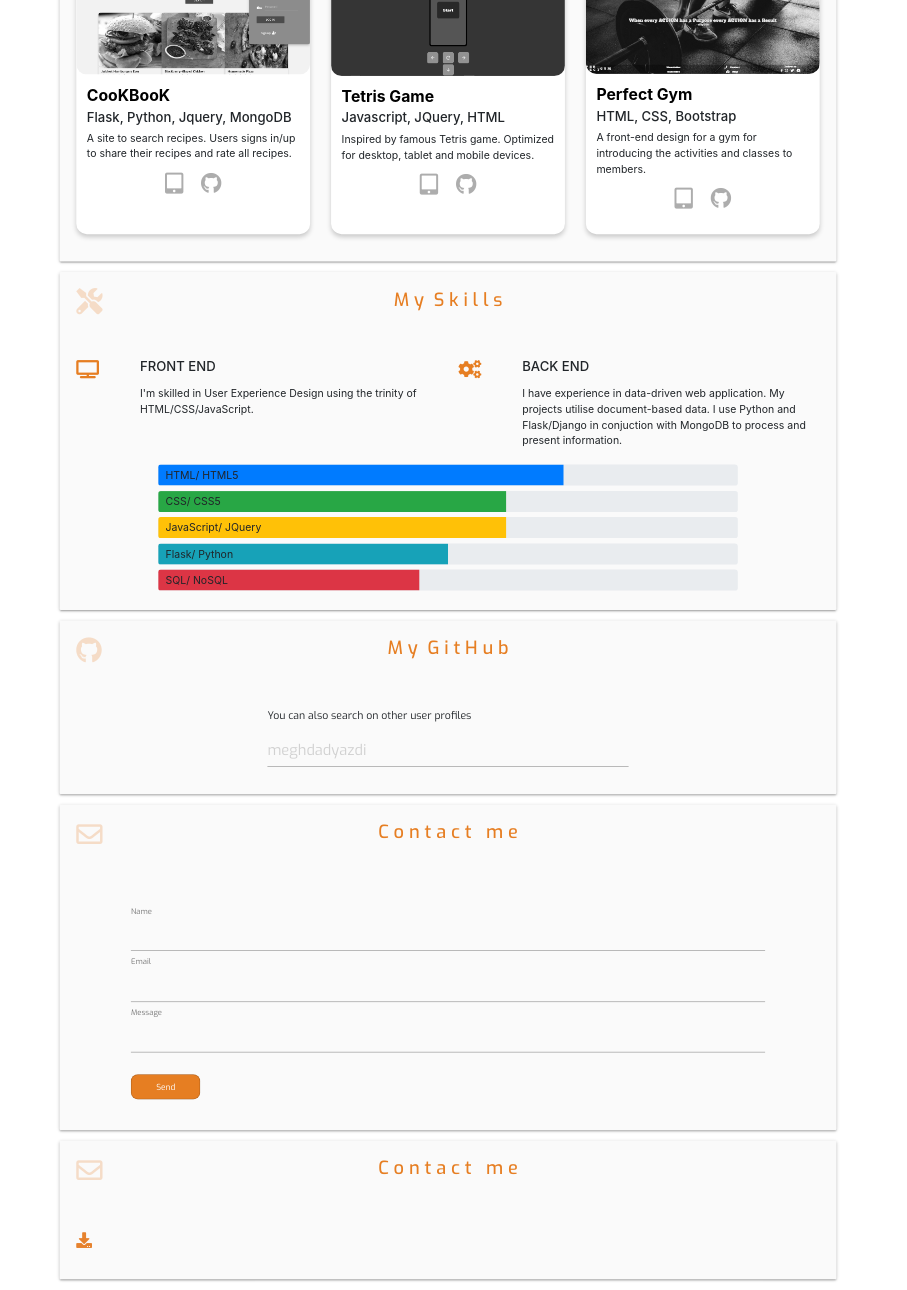
Repository: meghdadyazdi/SD_Res
Page: index.html
The author's editor kept a record of every edit. The page is drawn from the files as they stood at one moment, then again after the next edit.
The browser window is 1280 px wide. The page is 1295 px wide, so the pictures cover 1295 px, including what lies to the right of the window. The pictures show the part of the page from y = 772 to 2652 px (the page is 2615 px tall before and 2652 px after), at 70% of full size.
Some web libraries are served in a nearby version.

Above is the page before.
Console error: ReferenceError: $ is not defined

### index.html
<!DOCTYPE html>
<html lang="en">

<head>
  <meta charset="UTF-8">
  <meta name="viewport" content="width=device-width, initial-scale=1.0">
  <meta http-equiv="X-UA-Compatible" content="ie=edge">
  <link rel="stylesheet" href="https://cdnjs.cloudflare.com/ajax/libs/materialize/1.0.0/css/materialize.min.css">
  <link href="https://fonts.googleapis.com/icon?family=Material+Icons" rel="stylesheet">
  <link rel="stylesheet" href="assets/style.css" type="text/css" />
  <link href="https://fonts.googleapis.com/css?family=Raleway:100,100i,200,200i,300,300i,400,400i,500,500i,600,600i,700,700i,800,800i,900,900i&display=swap&subset=latin-ext" rel="stylesheet">
  <link rel="stylesheet" href="https://stackpath.bootstrapcdn.com/bootstrap/4.4.1/css/bootstrap.min.css" integrity="sha384-Vkoo8x4CGsO3+Hhxv8T/Q5PaXtkKtu6ug5TOeNV6gBiFeWPGFN9MuhOf23Q9Ifjh" crossorigin="anonymous">
  <link href="https://fonts.googleapis.com/css?family=Roboto+Slab:400,700&display=swap" rel="stylesheet">
  <link rel="stylesheet" href="https://use.fontawesome.com/releases/v5.6.1/css/all.css" integrity="sha384-gfdkjb5BdAXd+lj+gudLWI+BXq4IuLW5IT+brZEZsLFm++aCMlF1V92rMkPaX4PP" crossorigin="anonymous">
  <link href="https://fonts.googleapis.com/css?family=Dosis&display=swap" rel="stylesheet">
  <script type="text/javascript" src="assets/js/github-information.js"></script>
  <title>Meghdad Yazdi's Resume</title>

  <script type="text/javascript" src="https://cdn.jsdelivr.net/npm/emailjs-com@2.3.2/dist/email.min.js"></script>
  <script type="text/javascript">
    (function() {
      emailjs.init("user_qJqSswG9orTrNOoYLmxQi");
    })();
  </script>
</head>

<body>



  <nav>
    <div class="nav-wrapper">
      <a id="home" href="index.html" class="brand-logo">Home</a>
      <a href="#" data-target="mobile-demo" class="sidenav-trigger"><i class="material-icons">menu</i></a>
      <ul class="right hide-on-med-and-down">
        <li><a href="#about">About</a></li>
        <li><a href="#projects">Projects</a></li>
        <li><a href="#skills">My Skils</a></li>
        <li><a href="#github">Git Hub</a></li>
        <li><a href="#contact">Contact me</a></li>
        <li><a href="#cv">My CV</a></li>
      </ul>
    </div>
    <ul class="sidenav text-font" id="mobile-demo">
      <li><a href="#about">About</a></li>
      <li><a href="#projects">Projects</a></li>
      <li><a href="#skills">My Skils</a></li>
      <li><a href="#github">Git Hub</a></li>
      <li><a href="#contact">Contact me</a></li>
      <li><a href="#cv">My CV</a></li>
    </ul>
  </nav>


  <section class="container">
    <div class="card-panel grey lighten-5 z-depth-1">
      <div class="row valign-wrapper">
        <div class="col-sm-4 center">
          <!--<div class="col my_img">-->
          <img src="assets/images/meghdad_res2.jpg" alt="" class="circle responsive-img center">
          <!-- notice the "circle" class -->
          <!--</div>-->
        </div>
        <div class="col-sm-8 center">
          <div class="row">
            <div class="col-sm-12 center">
              <span class="black-text name-font">
                Meghdad Yazdi
              </span>
            </div>
            <div class="col-sm-12 center">
              <span class="black-text my-font">
                Full Stack Developer
              </span>
            </div>
          </div>
        </div>
      </div>
    </div>
  </section>

  <section class="container">
    <div class="card-panel grey lighten-5 z-depth-1">
      <div><i class="far fa-user icons"></i></div>
      <div class="row">
        <div class="col-sm-12 text-font">
          <h3 id="about" class="three-reasons-icon">A b o u t</h3>
        </div>
        <div class="col-sm-6 col-md-4 text-font m0">

          <p>
            I'm a physicist and a skilled Fullstack developer with a wealth of diverse life and technical experience that I bring to every project.
          </p>
        </div>
        <div class="col-sm-6 col-md-4 text-font m0">
          <!--<h3>HOW DO I DO IT?</h3>-->
          <p>
            I follow form as well as function. I know that aesthetics of effective design combined with application speed, security and reliability creates a great user experience.
          </p>
        </div>
        <div class="col-sm-6 col-md-4 text-font m0">
          <!--<h3>WHY HIRE ME</h3>-->
          <p>
            I work quickly and effectively in getting things built and working across the stock. I'm an excellent communicator who thrives in bright and enthusiastic teams, I'm also a self-starter when I work solo.
          </p>
        </div>
      </div>
    </div>
  </section>


  <section class="container">
    <div class="card-panel grey lighten-5 z-depth-1">
      <div><i class="fas fa-cog icons"></i></div>
      <div class="row align-items-center">
        <div class="col-sm-12 text-font">
          <h3 id="projects" class="three-reasons-icon">P r o j e c t s</h3>
        </div>

        <div class="col-sm-12 col-md-6 col-lg-4">
          <div id="cook" class="card">
            <img id="img-cook" src="assets/images/cookbook.png" alt="CooKBooK" class="work-img" style="width:100%">
            <div class="container">
              <h4><b>CooKBooK</b></h4>
              <h5>Flask, Python, Jquery, MongoDB</h5>
              <p>A site to search recipes. Users signs in/up to share their recipes and rate all recipes.</p>
              <div class="par"><a href="https://cookbook-meghdad.herokuapp.com" target="_blank"><i class="fas fa-tablet-alt"></i></a> &nbsp&nbsp&nbsp&nbsp
                <a href="https://github.com/meghdadyazdi/cookbook" target="_blank"><i class="fab fa-github"></i></a></div>
            </div>
          </div>
        </div>


        <div class="col-sm-12 col-md-6 col-lg-4">
          <div id="tetris" class="card">
            <img id="img-tetris" src="assets/images/Tetris.png" alt="Tetris Game" class="work-img" style="width:100%">
            <div class="container">
              <h4><b>Tetris Game</b></h4>
              <h5>Javascript, JQuery, HTML</h5>
              <p>Inspired by famous Tetris game. Optimized for desktop, tablet and mobile devices.</p>
              <div class="par"><a href="https://meghdadyazdi.github.io/IFD-Milestone/" target="_blank"><i class="fas fa-tablet-alt"></i></a> &nbsp&nbsp&nbsp&nbsp
                <a href="https://github.com/meghdadyazdi/IFD-Milestone" target="_blank"><i class="fab fa-github"></i></a></div>
            </div>
          </div>
        </div>


        <div class="col-sm-12 col-md-6 col-lg-4">
          <div id="gym" class="card">
            <img id="img-gym" src="assets/images/gym.png" alt="Gym" class="work-img" style="width:100%">
            <div class="container">
              <h4><b>Perfect Gym</b></h4>
              <h5>HTML, CSS, Bootstrap</h5>
              <p>A front-end design for a gym for introducing the activities and classes to members.</p>
              <div class="par"><a href="https://meghdadyazdi.github.io/UCFD-Milestone/index.html" target="_blank"><i class="fas fa-tablet-alt"></i></a> &nbsp&nbsp&nbsp&nbsp
                <a href="https://github.com/meghdadyazdi/UCFD-Milestone" target="_blank"><i class="fab fa-github"></i></a></div>
            </div>
          </div>
        </div>

      </div>

    </div>
  </section>

  <section class="container">
    <div class="card-panel grey lighten-5 z-depth-1">
      <div><i class="fas fa-tools icons"></i></div>
      <div class="col-sm-12 text-font">
        <h3 id="skills" class="three-reasons-icon">M y &nbspS k i l l s</h3>
      </div>
      <div class="row">
        <div class="col-10 offset-1 offset-sm-0 col-sm-6">
          <div class="row">
            <div class="col-2">
              <i class="three-reasons-icon fa fa-tv" aria-hiden="true"></i>
            </div>
            <div class="col-10">
              <h5 class="three-reasons-heading uppercase">FRONT END</h5>
              <p>I'm skilled in User Experience Design using the trinity of HTML/CSS/JavaScript.
              </p>
            </div>
          </div>
        </div>
        <div class="col-10 offset-1 offset-sm-0 col-sm-6">
          <div class="row">
            <div class="col-2">
              <i class="three-reasons-icon fa fa-cogs" aria-hiden="true"></i>
            </div>
            <div class="col-10">
              <h5 class="three-reasons-heading uppercase">BACK END</h5>
              <p>
                I have experience in data-driven web application. My projects utilise document-based data. I use Python and Flask/Django in conjuction with MongoDB to process and present information.
              </p>
            </div>
          </div>
        </div>
      </div>


      <div class="row progress-section">
        <div class="col">
          <div class="progress">
            <div class="progress-bar" role="progressbar" aria-valuenow="90" aria-valuemin="0" aria-valuemax="100" style="width:70%;">
              <span class="sr-only">70% complete</span>
            </div>
            <span class="progress-type progress-font">HTML/ HTML5</span>
          </div>
          <div class="progress">
            <div class="progress-bar bg-success" role="progressbar" aria-valuenow="70" aria-valuemin="0" aria-valuemax="100" style="width:60%;">
              <span class="sr-only">600% complete</span>
            </div>
            <span class="progress-type progress-font">CSS/ CSS5</span>
          </div>

          <div class="progress">
            <div class="progress-bar bg-warning" role="progressbar" aria-valuenow="80" aria-valuemin="0" aria-valuemax="100" style="width:60%;">
              <span class="sr-only">60% complete</span>
            </div>
            <span class="progress-type progress-font">JavaScript/ JQuery</span>
          </div>
          <div class="progress">
            <div class="progress-bar bg-info" role="progressbar" aria-valuenow="75" aria-valuemin="0" aria-valuemax="100" style="width:50%;">
              <span class="sr-only">50% complete</span>
            </div>
            <span class="progress-type progress-font">Flask/ Python</span>
          </div>
          <div class="progress">
            <div class="progress-bar bg-danger" role="progressbar" aria-valuenow="80" aria-valuemin="0" aria-valuemax="100" style="width:45%;">
              <span class="sr-only">45% complete</span>
            </div>
            <span class="progress-type progress-font">SQL/ NoSQL</span>
          </div>
        </div>
      </div>

    </div>
  </section>

  <section class="container">
    <div class="card-panel grey lighten-5 z-depth-1">
      <div><i class="fab fa-github icons"></i></div>
      <div class="row bg-color-contact">

        <div class="col-sm-12 text-font">
          <h3 id="github" class="three-reasons-icon">M y &nbspG i t H u b</h3>
        </div>

        <div class="col-md-6 offset-md-3 center-form text-font">

          <p>
            You can also search on other user profiles
          </p>

        </div>
        <div class="col-md-6 offset-md-3 center-form text-font">
          <input type="text" id="gh-username" placeholder="meghdadyazdi" value="" oninput="fetchGitHubInformation()" />
          <div id="gh-user-data"></div>
          <div id="gh-repo-data"></div>
        </div>
      </div>
    </div>
  </section>


  <section class="container">
    <div class="card-panel grey lighten-5 z-depth-1">
      <div><i class="far fa-envelope icons"></i></i>
      </div>
      <div class="col-sm-12 text-font">
        <h3 id="contact" class="three-reasons-icon">C o n t a c t &nbsp m e</h3>
      </div>

      <form id="myform" class="text-font">
        <label>Name</label>
        <input type="text" name="from_name" />
        <label>Email</label>
        <input type="text" name="from_email" />
        <label>Message</label>
        <input type="text" name="project_request" />
        <br><br>
        <button>Send</button>
      </form>

    </div>
  </section>


  <section class="container">
    <div class="card-panel grey lighten-5 z-depth-1">
      <div><i class="far fa-envelope icons"></i></i>
      </div>
      <div class="col-sm-12 text-font">
        <h3 id="cv" class="three-reasons-icon">C o n t a c t &nbsp m e</h3>
      </div>


      <div class="col-md-6 offset-md-3 center-form text-font">

          <p>

          </p>

        </div>

      <p class="inline-block">

        <a href="assets/CV/CV_Meghdad Yazdi_sw.pdf" target="_blank" class="cv-pdf">
                     <i class="fas fa-download" aria-hidden="true"></i>
                     <span class="sr-only">Doanload link</span>
                 </a>
      </p>

    </div>
  </section>





  <div class="row">
    <div class="col d-none d-md-block">
      <div class="go-home">
        <a href="#home"><i class="far fa-hand-point-up up"></i></a>
      </div>
    </div>
  </div>

</body>
<script src="https://cdnjs.cloudflare.com/ajax/libs/jquery/3.4.1/jquery.min.js" integrity="sha256-CSXorXvZcTkaix6Yvo6HppcZGetbYMGWSFlBw8HfCJo=" crossorigin="anonymous"></script>
<script src="https://cdnjs.cloudflare.com/ajax/libs/materialize/1.0.0/js/materialize.min.js"></script>
<script type="text/javascript" src="assets/js/jquery.js"></script>
<script src="https://smtpjs.com/v3/smtp.js"></script>
<script type="text/javascript" src="assets/js/main.js"></script>
<script src="assets/js/sendEmail.js"></script>


</html>

### assets/style.css
@import url('https://fonts.googleapis.com/css?family=Roboto:100,200,300,400,500,600,700|Exo:100,200,300,400,500,600,700');

nav {
    background-color: #e67e22;
}

.sidenav {
    width: 150px;
    background-color: #e67e22;
}

.row .col.m2 {
    width: 50%;
    margin: 0;
}

.row .col.s12 {
    width: 50%;
    margin: 0;
}

.card-panel{
    position: relative;
}

.dark-bg{
    background-color: #676767;
}

.go-home {
  position: fixed;
  right: 25px;
  bottom: 25px;
  width: 50px;
  height: 50px;
  border-radius: 50%;
  background-color: #e67e22;
  color: white;
  text-align: center;
}

.fa-hand-point-up{
  font-size: 40px;
  margin: 5px 2px 0 0;
}

.up {
    color: #fff !important;
}

.center {
  display: block;
  margin-left: auto;
  margin-right: auto;
  width: 50%;
}

img.responsive-img {
    max-width: 50%;
}
.name-font{
    font-family: 'Dosis', sans-serif;
    /*font-family: "Roboto", sans-serif;*/
    font-size: 2.5rem;
    font-weight: 400;
    text-align: center;
}
.my-font{
    /*font-family: 'Dosis', sans-serif;*/
    font-family: "Roboto", sans-serif;
    font-size: 1.8rem;
    /*text-align: center;*/
    font-weight: 100;
}
.text-font{
    /*font-family: 'Dosis', sans-serif;*/
    font-family: "Exo", sans-serif;
    font-size: 1rem;
    /*text-align: center;*/
    font-weight: 400;
}
.row{
    margin: 0;
}

.m0{
  margin: 0 !important;
}

.p0{
  padding: 0 !important;
}

/*.row .col-sm-6{*/
/*  margin-top: 5rem; */
/*}*/

a:hover {
    color: #fff !important;
    text-decoration: none !important;
}

.card {
  box-shadow: 0 4px 8px 0 rgba(0,0,0,0.2);
  transition: 0.3s;
  width: 100%;
  height: 380px;
  border-radius: 15px !important;
  border: 0px solid rgba(0,0,0,.125) !important;
}

.card:hover {
  box-shadow: 0 8px 90px 0 rgba(0,0,0,1);
}

.mauto{
  margin: auto !important;
}

.fa-tablet-alt{
  font-size: 30px;
  color: #adadad
}

.fa-tablet-alt:hover{
  transform: rotate(5deg);
  color: #5a5a5a;
}

.fa-github{
  font-size: 30px;
  color: #adadad
}

.fa-github:hover{
  transform: rotate(5deg);
  color: #5a5a5a;
}

.par{
  text-align: center;
}

.work-img{
  filter: grayscale(100%);
}

#img-cook,
#img-tetris,
#img-gym{
  border-radius: 15px;
}

h4{
  margin-top: 1rem !important;
  color: #000;
}

h3{
text-align:center;
font-size:26px;
margin-bottom: 70px !important;
}

.card-img{

}

/*__________________________Skils______________________________*/

.progress{
    position: relative;
    height: 30px !important;
    margin-bottom: 4px;
}

.progress-type{
    position: absolute;
    left: 0;
    font-weight: 400;
    padding: 4px 39px 19px 10px;
    color: #212529;
}

.progress-section{
    margin: 0px auto!important;
    width: 80%;
}

.progress-font{
  font-size: 15px;
}

/*___________________________three reason___________________________________*/

.three-reasons-icon{
    font-size: 26px;
    color: #e67e22;
}

.three-reasons-heading{
    margin-bottom: 15px;
}


/*__________________________Github_____________________________*/
#search-area {
  display: block;
  max-width: 70%;
  margin: 0 auto;
  background: #fff;
  padding: 15px 25px;
  -webkit-box-shadow: 1px 2px 3px -1px rgba(0, 0, 0, 0.4);
  -moz-box-shadow: 1px 2px 3px -1px rgba(0, 0, 0, 0.4);
  box-shadow: 1px 2px 3px -1px rgba(0, 0, 0, 0.4);
  -webkit-border-radius: 4px;
  -moz-border-radius: 4px;
  border-radius: 4px;
}

#gh-api-data {
  display: block;
  padding: 25px 0;
}

#loader {
  display: block;
  width: 200px;
  height: 200px;
  margin: 0 auto;
}


/* page content styles */

.small-name {
  font-size: 0.75em;
  color: #a9a9a9 ;
  font-style: italic;
}

.avi {
  float: left;
  margin-right: 7px;
  margin-bottom: 7px;
}

.avi img {
  border: 1px solid #ccc;
  padding: 3px;
}

.repo-list {
  display: block;
  clear: both;
  width: 100%;
}

.repo-list ul {
  font-size: 1.2em;
}

.repo-list ul li {
  display: block;
}

.repo-list ul li a {
  font-weight: bold;
  padding: 6px 9px;
  display: block;
  float: left;
  margin-right: 10px;
  margin-bottom: 10px;
  text-decoration: none;
  border: 1px solid #356492;
  -webkit-border-radius: 3px;
  -moz-border-radius: 3px;
  border-radius: 3px;
  color: #fff;
  background-color: #3673af;
  background-image: -webkit-gradient(linear, left top, left bottom, from(#5597d8), to(#3673af));
  background-image: -webkit-linear-gradient(top, #5597d8, #3673af);
  background-image: -moz-linear-gradient(top, #5597d8, #3673af);
  background-image: -ms-linear-gradient(top, #5597d8, #3673af);
  background-image: -o-linear-gradient(top, #5597d8, #3673af);
  background-image: linear-gradient(top, #5597d8, #3673af);
}

.repo-list ul li a:hover {
  background-color: #396895;
  background-image: -webkit-gradient(linear, left top, left bottom, from(#4b87c2), to(#396895));
  background-image: -webkit-linear-gradient(top, #4b87c2, #396895);
  background-image: -moz-linear-gradient(top, #4b87c2, #396895);
  background-image: -ms-linear-gradient(top, #4b87c2, #396895);
  background-image: -o-linear-gradient(top, #4b87c2, #396895);
  background-image: linear-gradient(top, #4b87c2, #396895);
}

.repo-list ul li a:active {
  -webkit-box-shadow: inset 0 3px 5px rgba(0, 0, 0, 0.25);
  -moz-box-shadow: inset 0 3px 5px rgba(0, 0, 0, 0.25);
  box-shadow: inset 0 3px 5px rgba(0, 0, 0, 0.25);
}

.repo-list ul li a span {
  font-family: "Courier New", Courier, "Lucida Typewriter", monospace;
  font-size: 0.9em;
}

/* input field */

#gh-username {
  display: block;
  padding: 0;
  font-size: 1.4em;
  color: #666;
  /*max-width: 550px;*/
  margin-bottom: 15px;
}


#gh-submit {
  display: inline-block;
  padding: 8px 18px;
  font-size: 14px;
  font-weight: bold;
  color: #444;
  text-decoration: none;
  text-shadow: 0 1px 0 rgba(255, 255, 255, 0.8);
  background-color: #eaeaea;
  background-image: -webkit-linear-gradient(#fafafa, #eaeaea);
  background-image: -moz-linear-gradient(#fafafa, #eaeaea);
  background-image: -ms-linear-gradient(top, #fafafa, #eaeaea);
  background-image: -o-linear-gradient(top, #fafafa, #eaeaea);
  background-image: linear-gradient(#fafafa, #eaeaea);
  border-radius: 3px;
  border: 1px solid #ddd;
  border-bottom-color: #c5c5c5;
  -webkit-box-shadow: 0 1px 3px rgba(0, 0, 0, 0.05);
  -moz-box-shadow: 0 1px 3px rgba(0, 0, 0, 0.05);
  box-shadow: 0 1px 3px rgba(0, 0, 0, 0.05);
}

#gh-submit:hover {
  background-color: #dadada;
  background-image: -webkit-linear-gradient(#eaeaea, #dadada);
  background-image: -moz-linear-gradient(#eaeaea, #dadada);
  background-image: -ms-linear-gradient(top, #eaeaea, #dadada);
  background-image: -o-linear-gradient(top, #eaeaea, #dadada);
  background-image: linear-gradient(#eaeaea, #dadada);
  border-color: #ccc #ccc #b5b5b5;
}

#gh-submit:active {
  background-color: #dadada;
  background-image: none;
  border-color: #b5b5b5;
  -webkit-box-shadow: inset 0 3px 5px rgba(0, 0, 0, 0.25);
  -moz-box-shadow: inset 0 3px 5px rgba(0, 0, 0, 0.25);
  box-shadow: inset 0 3px 5px rgba(0, 0, 0, 0.25);
}


/*_______________________________Form_____________________________*/

form {
  width: 90%;
  padding: 20px 25px;
  margin: auto;
  margin-top: 30px;
}
form input,
form textarea {
  font: inherit;
  padding: 5px 5px;
  width: 100%;
  margin-top: 3px;
  margin-bottom: 15px;
  box-sizing: border-box;
}
form button {
  border: 1px solid rgba(0,0,0,0.2);
  padding: 8px 35px;
  font-size: 12px;
  background: #e67e22;
  color: white;
  border-radius: 10px;
}
form label {
  color: #777;
  font-size: 11px;
  margin-bottom: 2px;
  display: block;
}

button:focus {
    background-color: #934500;
}

/*_____________________________icons______________________________*/

.icons{
  font-size: 2.5rem;
  color: #e6822e40;
  position: absolute;
  z-index: 9999;
}

.icon-in{
  font-size: 1rem;
  color: #e6822e40;
  position: absolute;
  z-index: 9999;
  margin-top: 13px;
  margin-left: 6px;

}

/*_____________________________cv______________________________*/

.cv-pdf{
  font-size: 1.5rem;
  color: #e6822e;
}

.download{
  text-align: center;
}

### assets/js/jquery.js
$(document).ready(function(){
    $('.sidenav').sidenav();
    $('#cook').mouseenter(function (){
        $('#img-cook').removeClass('work-img');
    });
    $('#cook').mouseleave(function (){
        $('#img-cook').addClass('work-img');
    });
    $('#tetris').mouseenter(function (){
        $('#img-tetris').removeClass('work-img');
    });
    $('#tetris').mouseleave(function (){
        $('#img-tetris').addClass('work-img');
    });
    $('#gym').mouseenter(function (){
        $('#img-gym').removeClass('work-img');
    });
    $('#gym').mouseleave(function (){
        $('#img-gym').addClass('work-img');
    });

    $("a").on('click', function(event) {

    // Make sure this.hash has a value before overriding default behavior
    if (this.hash !== "") {
      // Prevent default anchor click behavior
      event.preventDefault();

      // Store hash
      var hash = this.hash;

      // Using jQuery's animate() method to add smooth page scroll
      // The optional number (800) specifies the number of milliseconds it takes to scroll to the specified area
      $('html, body').animate({
        scrollTop: $(hash).offset().top
      }, 1000, function(){

        // Add hash (#) to URL when done scrolling (default click behavior)
        window.location.hash = hash;
      });
    } // End if
  });
  });

### assets/js/main.js
function sendEmail() {
	Email.send({
	Host: "smtp.gmail.com",
	Username : "meghdad23@gmail.com",
	Password : "",
	To : 'meghdadyazdi@yahoo.com',
	From : "meghdad23@gmail.com",
	Subject : "helloommmmmmmmmm",
	Body : "",
	}).then(
		message => alert("mail sent successfully")
	);
}

Loaded but not shown: assets/js/github-information.js (80 lines, source omitted); assets/js/sendEmail.js (no copy from this time; the picture is the same without it)

After the next edit:
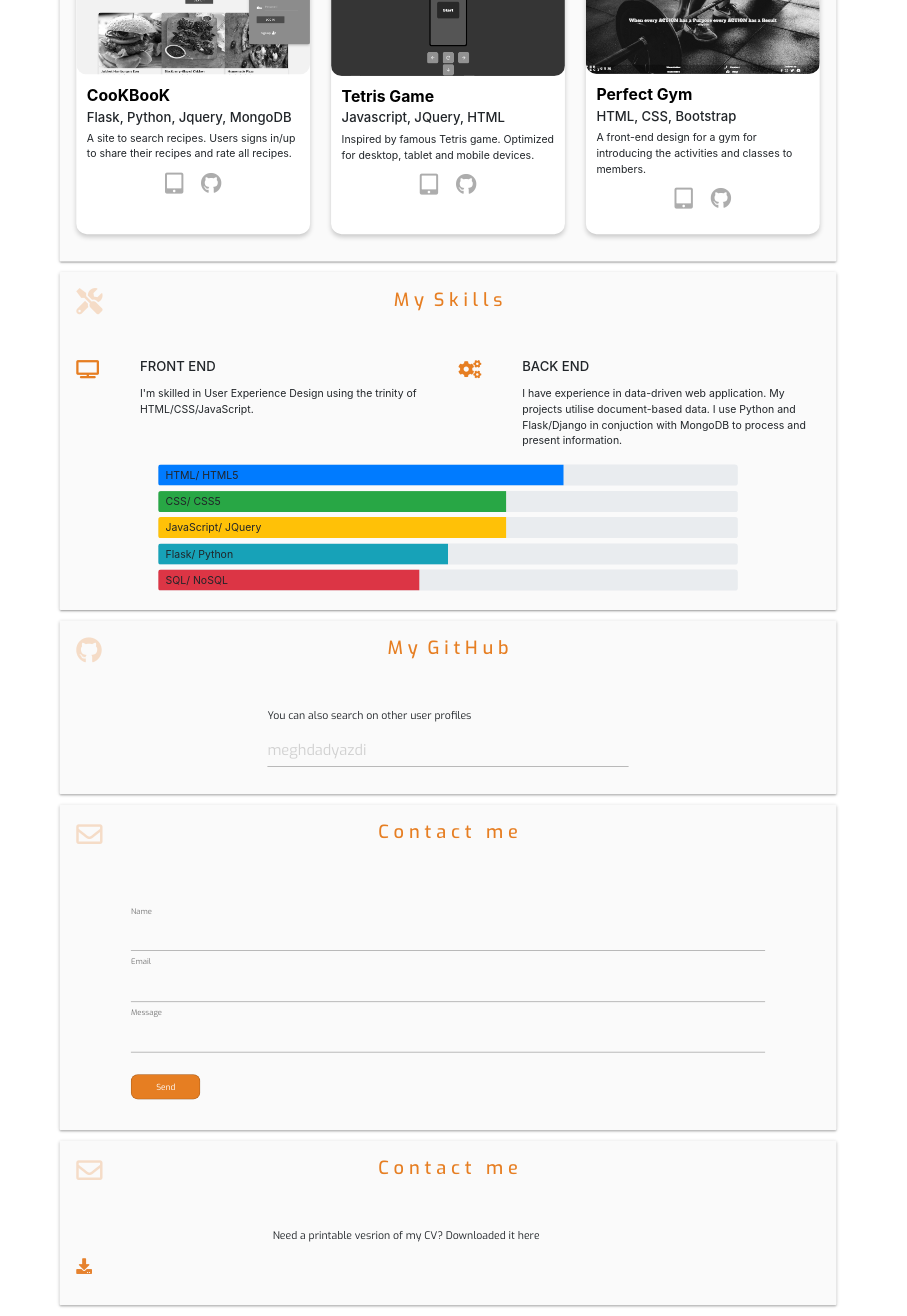
The edit:
--- a/index.html
+++ b/index.html
@@ -298,7 +298,7 @@
       <div class="col-md-6 offset-md-3 center-form text-font">
 
           <p>
-
+           Need a printable vesrion of my CV? Downloaded it here
           </p>
 
         </div>
